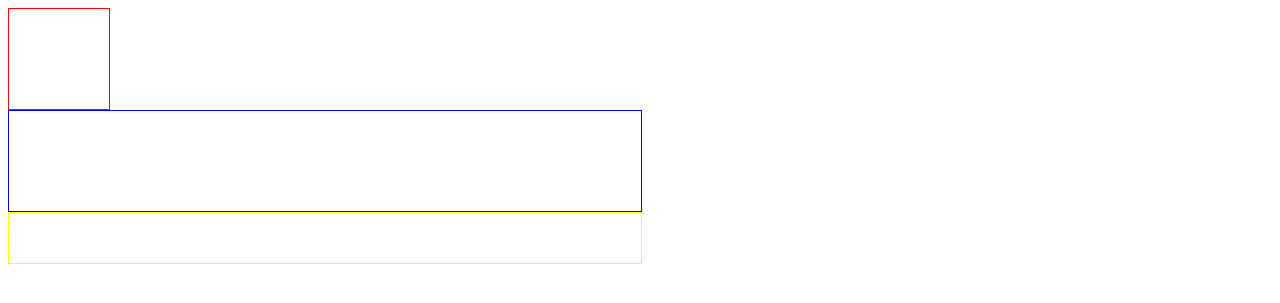
Repository: lbj0314/webTest
Page: Css_1/WebContent/css_3.html
An editor plug-in stored every save of this project. The page is shown before and after the next save, followed by the edit.
The browser window is 1280 px wide. The pictures show the whole page.

Above is the page before, as saved 2019-10-16 02:21:06.

### Css_1/WebContent/css_3.html
<!DOCTYPE html>
<html>
<head>
<meta charset="UTF-8">
<title>Insert title here</title>
<style type="text/css">
.d1 {
	width: 100px;
	height: 100px;
	border: 1px solid red;
}

.d2 {
	width: 50%;
	height: 100px;
	border: 1px solid blue;
}

.d3 {
	width: 50%;
	height: 50px;
	border: 1px solid yellow;
}
</style>
</head>
<body>
	<div class="d1"></div>
	<div class="d2"></div>
	<div class="d3"></div>
</body>
</html>

After the next save:
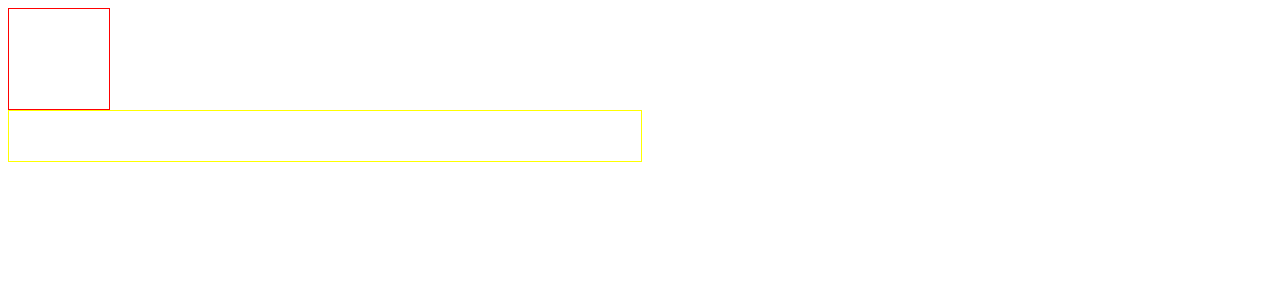
Saved 14 s later.
--- a/Css_1/WebContent/css_3.html
+++ b/Css_1/WebContent/css_3.html
@@ -25,7 +25,7 @@
 </head>
 <body>
 	<div class="d1"></div>
-	<div class="d2"></div>
-	<div class="d3"></div>
+	<div class="d2 d3"></div>
+
 </body>
 </html>
